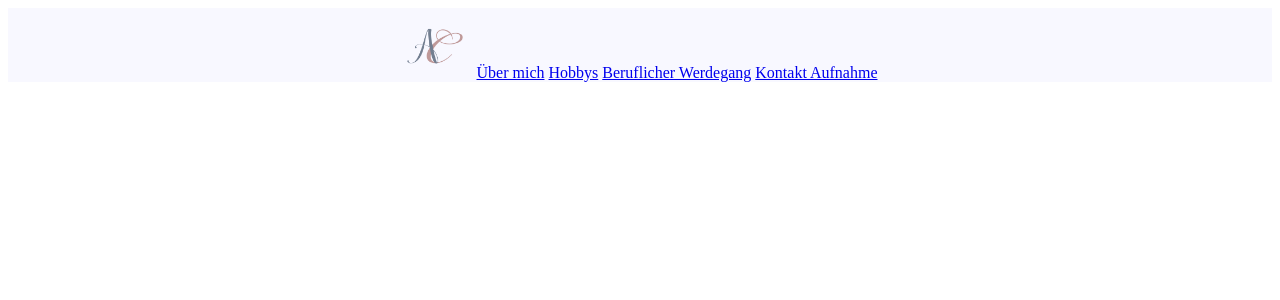
Repository: Ava-VictoriaCrivello/website
Page: index.html
The author's editor kept a copy of each file at every save. The page is drawn from the files as they stood at one save, then again after the next save.
The browser window is 1280 px wide. The pictures show the whole page.

Above is the page before, as saved 2022-05-29 11:21:10.

### index.html
<!DOCTYPE html>
<html lang="en">
  <head>
    <meta charset="UTF-8" />
    <meta http-equiv="X-UA-Compatible" content="IE=edge" />
    <meta name="viewport" content="width=device-width, initial-scale=1.0" />
    <title>website</title>
    <link rel="stylesheet" href="style.css" />
  </head>
  <body>

    <header class="topnav">
        <div class="topnav">

            <div class="topnav">
                <label> <img src="logo.png"width="70px" alt="A und ein C"> </label>
                <a class="navigation" href="#Übermich">Über mich</a>
                <a href="#Hobbys">Hobbys</a>
                <a href="#Work">Beruflicher Werdegang</a>
                <a href="#Contact">Kontakt Aufnahme</a>
              </div>
          </div>
      </header>


</header>
  </body>
</html>

### style.css
header {
  background-color: ghostwhite;
  width: 100%;
  display: flex;
  flex-direction: column;
  align-items: center;
}

After the next save:
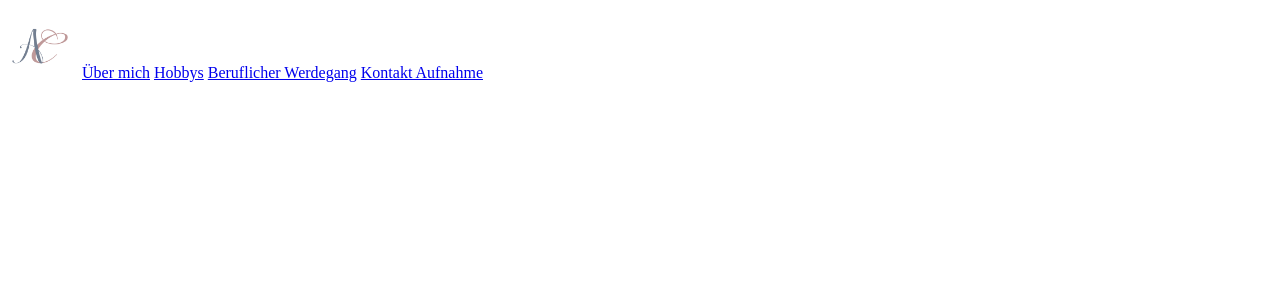
Saved 3 min 5 s later.
--- a/style.css
+++ b/style.css
@@ -1,7 +1,5 @@
 header {
-  background-color: ghostwhite;
-  width: 100%;
+  flex: 1 100%;
   display: flex;
-  flex-direction: column;
-  align-items: center;
+  flex-flow: row wrap;
 }
